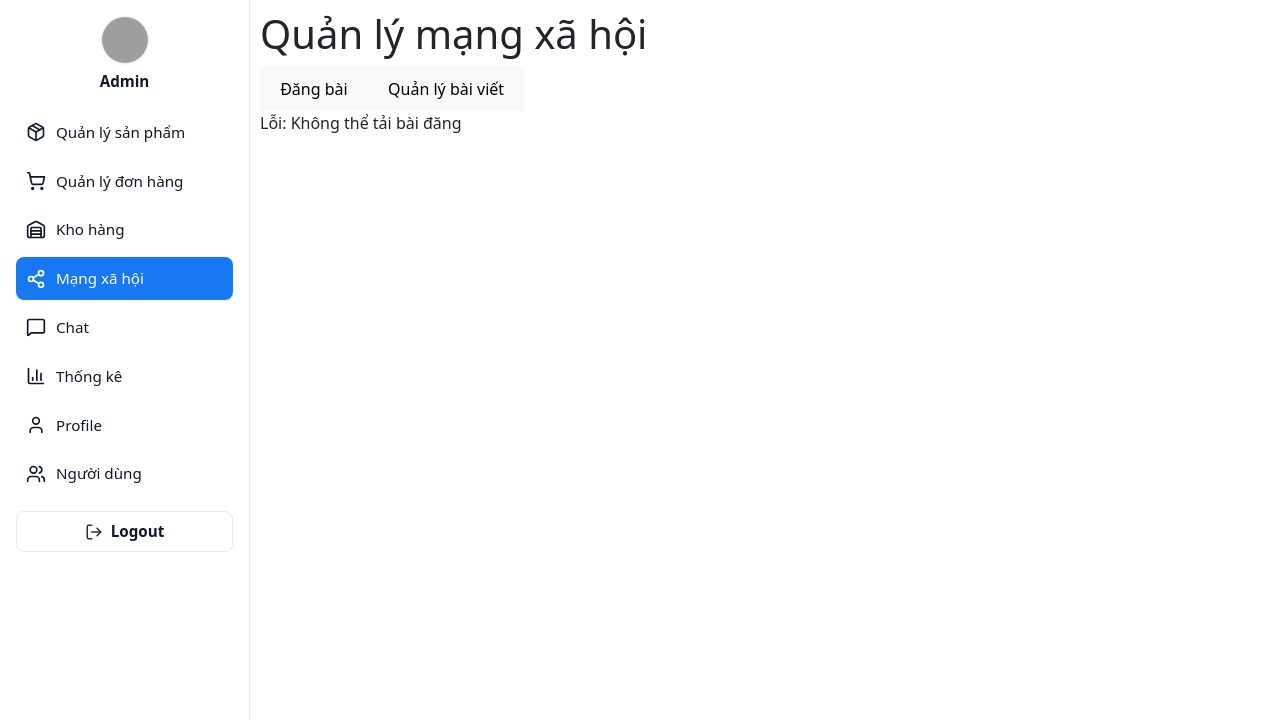
Repository: Thangvh29/WEB-tmdt
Page: /admin/social (app in frontend/)
These files come from the project's save history. The page is drawn as it stood at one moment and after the next save; the edit follows.
The browser window is 1280 px wide. The pictures show the whole page.
Pictures or frames that could not be fetched are drawn as grey boxes. The page's requests for data from a server got no answer. The project was rebuilt for these pictures with package versions that can differ from the ones it lists, and the page was loaded fresh each time. No one was signed in, and anything a server would have sent is missing. Also part of the build but not shown: frontend/vite.config.js, frontend/src/context/useAuth.js, frontend/src/pages/auth/Footer.jsx, frontend/src/assets/style/home.css, frontend/src/pages/auth/Home.jsx, frontend/src/pages/auth/Login.jsx, frontend/src/pages/auth/Register.jsx, frontend/src/pages/admin/Dashboard.jsx and 30 more.

Above is the page before, as saved 2025-08-25 18:17:26.

After the next save:
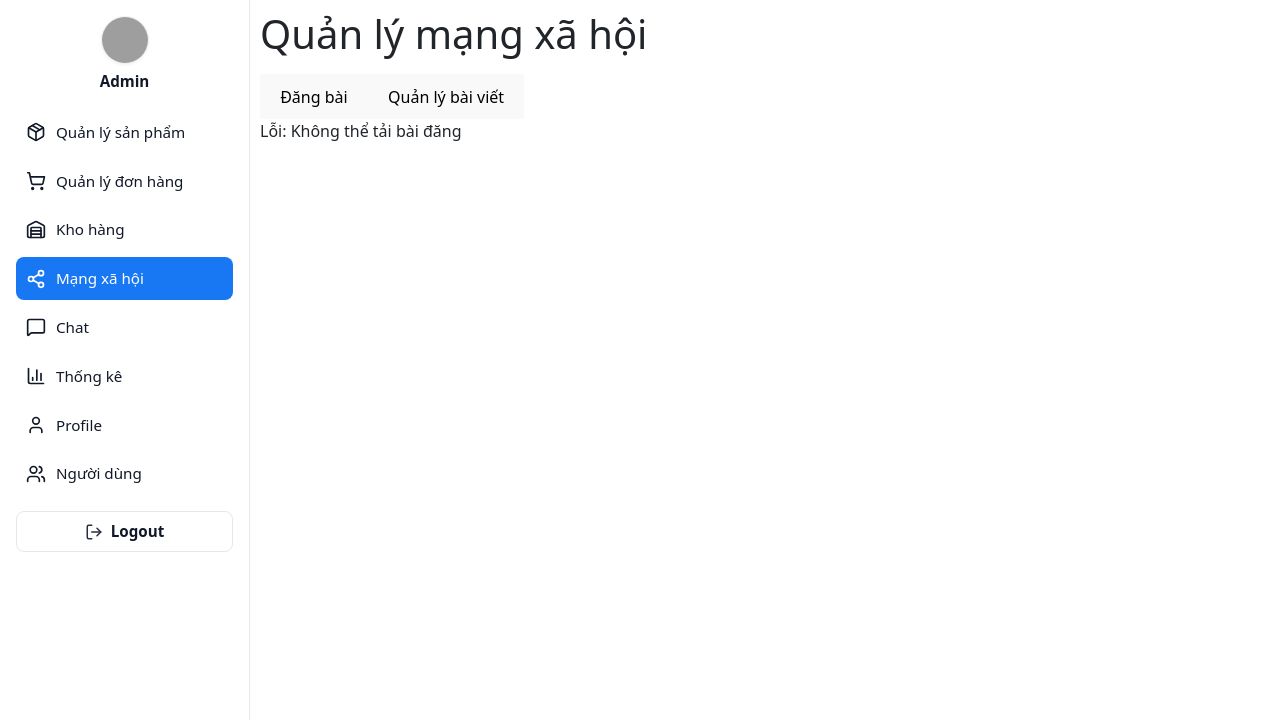
Saved 63 s later.
--- a/frontend/src/pages/admin/SocialManagementPage.jsx
+++ b/frontend/src/pages/admin/SocialManagementPage.jsx
@@ -13,7 +13,7 @@
 
   return (
     <div className="social-management-page space-y-4">
-      <h1 className="text-2xl font-semibold">Quản lý mạng xã hội</h1>
+      <h1 className="tabs mb-3 text-2xl font-semibold">Quản lý mạng xã hội</h1>
       <Tabs.Root value={activeTab} onValueChange={setActiveTab}>
         <Tabs.List className="social-tabs-list">
           <Tabs.Trigger value="admin-posts">Đăng bài</Tabs.Trigger>

After the save that followed:
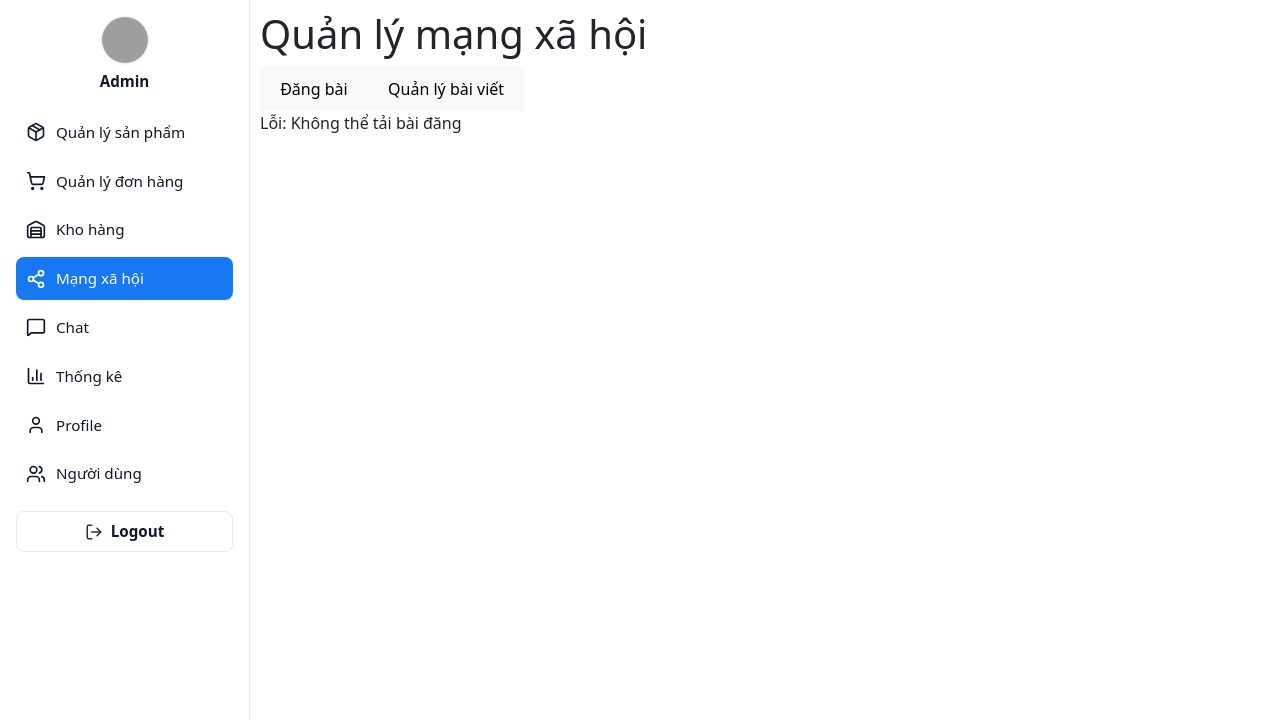
Saved 7 s later.
--- a/frontend/src/pages/admin/SocialManagementPage.jsx
+++ b/frontend/src/pages/admin/SocialManagementPage.jsx
@@ -13,7 +13,7 @@
 
   return (
     <div className="social-management-page space-y-4">
-      <h1 className="tabs mb-3 text-2xl font-semibold">Quản lý mạng xã hội</h1>
+      <h1 className="text-2xl font-semibold">Quản lý mạng xã hội</h1>
       <Tabs.Root value={activeTab} onValueChange={setActiveTab}>
         <Tabs.List className="social-tabs-list">
           <Tabs.Trigger value="admin-posts">Đăng bài</Tabs.Trigger>
